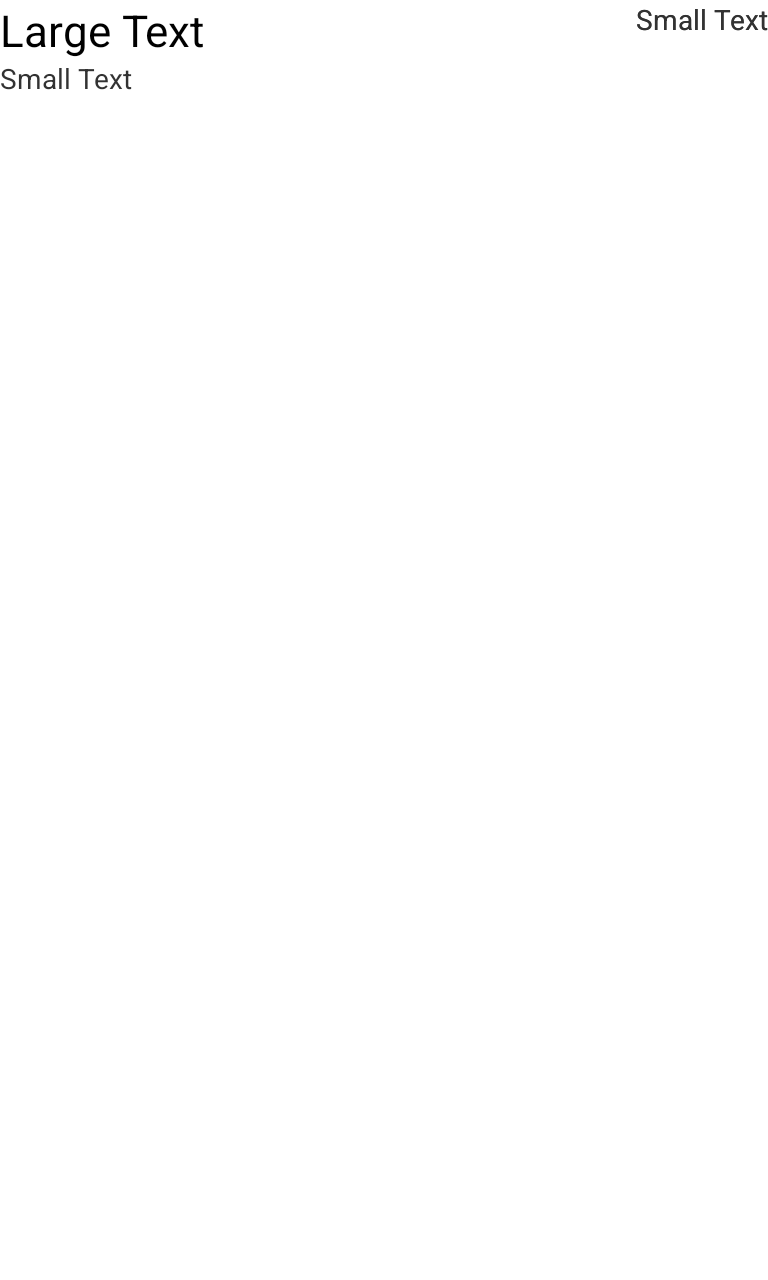
Repository: pajamasi726/AndroidExample
Layout: AndroidExample/UnITalk/res/layout/lv_item_chatting.xml
An editor plug-in stored every save of this project. The layout is shown before and after the next save, followed by the edit.
It is drawn on a 768 x 1280 px phone screen (xhdpi) without system bars, with theme AppTheme; the app's code is not run.

Above is the layout before, as saved 2016-02-29 06:38:44.

### AndroidExample/UnITalk/res/layout/lv_item_chatting.xml
<?xml version="1.0" encoding="utf-8"?>
<RelativeLayout xmlns:android="http://schemas.android.com/apk/res/android"
    android:layout_width="match_parent"
    android:layout_height="match_parent" >

    <TextView
        android:id="@+id/tv_name"
        android:layout_width="wrap_content"
        android:layout_height="wrap_content"
        android:layout_alignParentLeft="true"
        android:layout_alignParentTop="true"
        android:text="Large Text"
        android:textAppearance="?android:attr/textAppearanceLarge" />

    <TextView
        android:id="@+id/tv_lastMessage"
        android:layout_width="wrap_content"
        android:layout_height="wrap_content"
        android:layout_alignParentLeft="true"
        android:layout_below="@+id/tv_name"
        android:text="Small Text"
        android:textAppearance="?android:attr/textAppearanceSmall" />

    <TextView
        android:id="@+id/tv_time"
        android:layout_width="wrap_content"
        android:layout_height="wrap_content"
        android:layout_alignParentRight="true"
        android:layout_alignParentTop="true"
        android:text="Small Text"
        android:textAppearance="?android:attr/textAppearanceSmall" />

    <TextView
        android:id="@+id/textView2"
        android:layout_width="wrap_content"
        android:layout_height="wrap_content"
        android:layout_alignParentRight="true"
        android:layout_below="@+id/textView1"
        android:text="Small Text"
        android:textAppearance="?android:attr/textAppearanceSmall" />

</RelativeLayout>

Loaded but not shown: AndroidExample/UnITalk/res/values/styles.xml (common file)

After the next save:
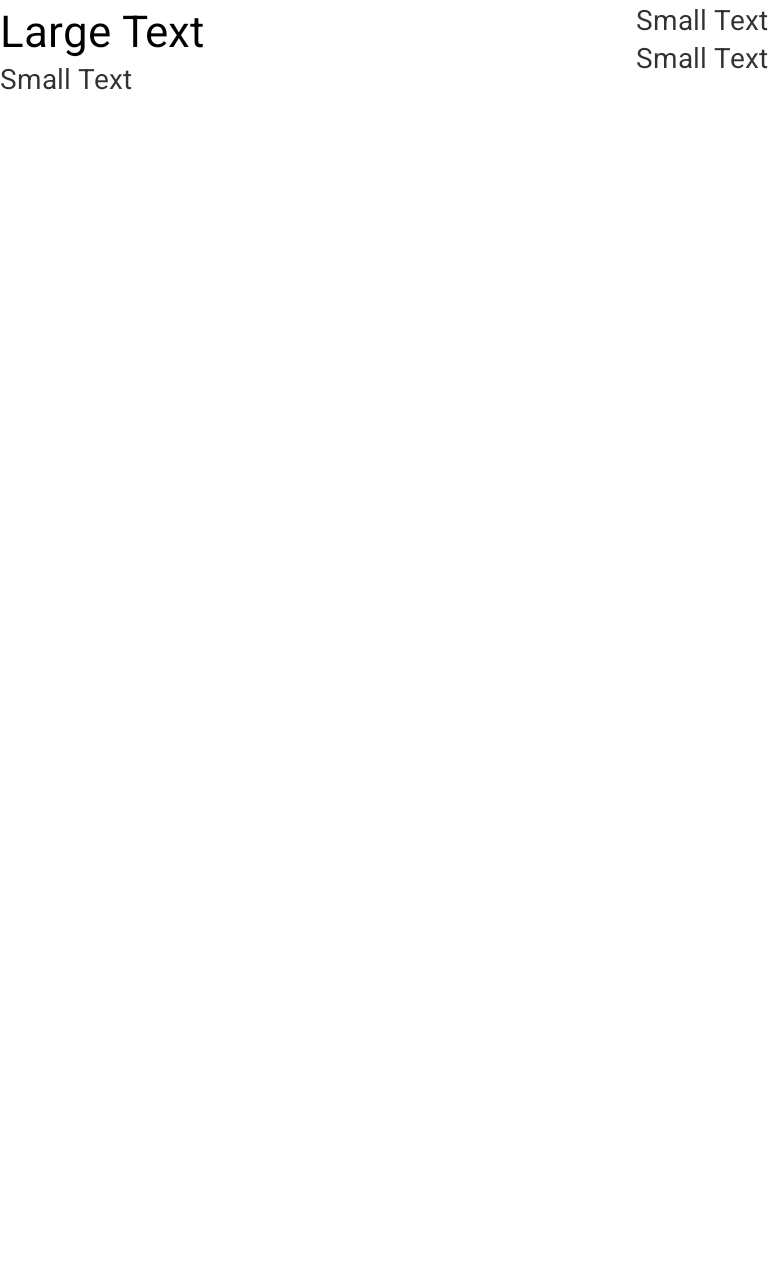
Saved 5 s later.
--- a/AndroidExample/UnITalk/res/layout/lv_item_chatting.xml
+++ b/AndroidExample/UnITalk/res/layout/lv_item_chatting.xml
@@ -35,7 +35,7 @@
         android:layout_width="wrap_content"
         android:layout_height="wrap_content"
         android:layout_alignParentRight="true"
-        android:layout_below="@+id/textView1"
+        android:layout_below="@+id/tv_time"
         android:text="Small Text"
         android:textAppearance="?android:attr/textAppearanceSmall" />
 
